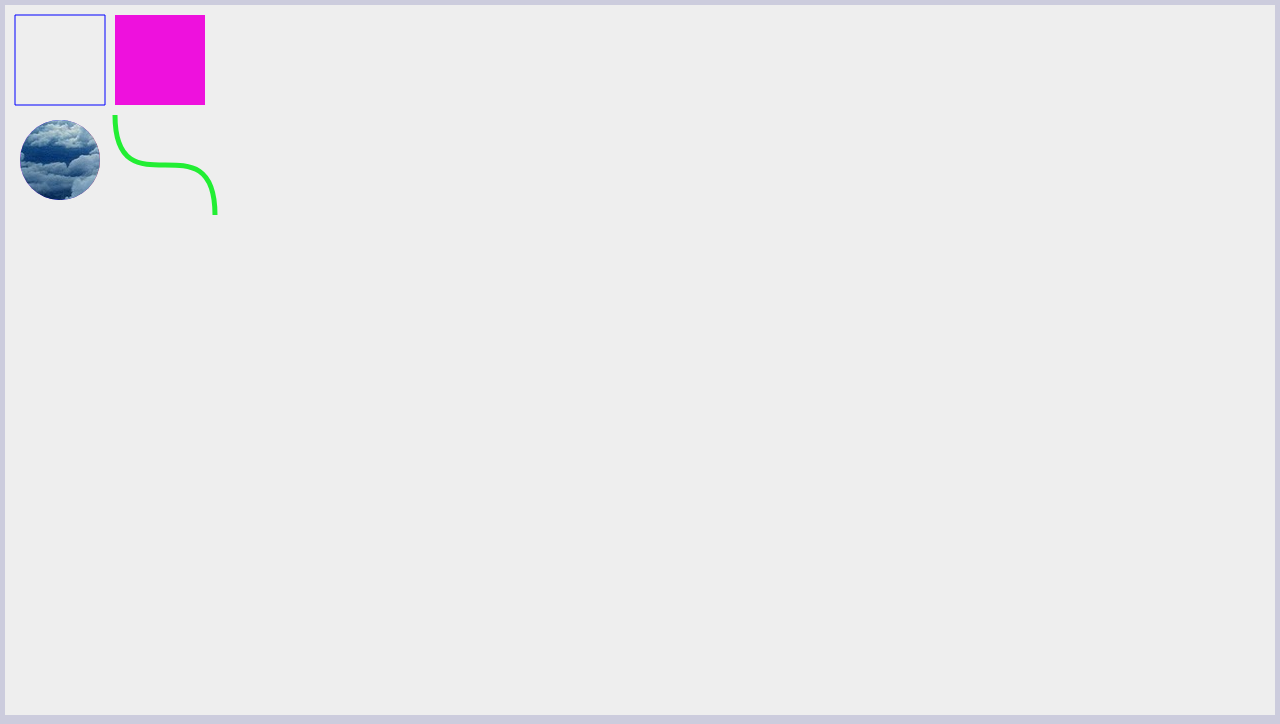
Repository: danielrcardenas/siggraph_examples
Page: workspace/GraphicsExample3/assets/www/index.html
An editor plug-in stored every save of this project. The page is shown before and after the next save, followed by the edit.
The browser window is 1280 px wide. The pictures show the whole page.

Above is the page before, as saved 2013-07-22 16:25:55.

### workspace/GraphicsExample3/assets/www/index.html
<!DOCTYPE html>
<html>
<head>
	<title>Canvas Example</title>

	<link rel="stylesheet" href="styles.css" />
	<meta name="viewport" content="width=device-width" />

	<script>
		function createCanvas ()
		{
			var canvasDiv = document.getElementById("canvasDiv");
			canvasDiv.innerHTML = "<canvas id=\'surface\' width=\'" + (window.innerWidth - 10) + "\' height=\'" + (window.innerHeight - 10) + "\' />";

			var canvas = document.getElementById('surface');
			var context = canvas.getContext('2d');

			// empty square
			context.strokeStyle = 'blue';
			context.beginPath();
			context.moveTo(10,10);
			context.lineTo(10,100);
			context.lineTo(100,100);
			context.lineTo(100,10);
			context.lineTo(10,10);
			context.stroke();

			// filled square
			context.fillStyle = '#ee11dd';
			context.beginPath();
			context.moveTo(110,10);
			context.lineTo(110,100);
			context.lineTo(200,100);
			context.lineTo(200,10);
			context.lineTo(110,10);
			context.fill();

			// filled circle with gradient
			var gradient=context.createLinearGradient(0,0,110,0);
			gradient.addColorStop("0","magenta");
			gradient.addColorStop("0.5","blue");
			gradient.addColorStop("1.0","red");

//			Uncomment the code below and comment out the gradient and fill code below it
//          You will see an image used as a pattern
			var img = new Image();
			var pattern;
			img.src = 'clouds.jpg';
			img.onload = function (e) {
				pattern = context.createPattern(img, 'repeat');
				context.fillStyle=pattern;
				context.beginPath();
				context.arc(55,155,40,0,2*Math.PI);
				context.fill();
			};

			context.fillStyle=gradient;
			context.beginPath();
			context.arc(55,155,40,0,2*Math.PI);
			context.fill();

			// stroked bezier
			context.strokeStyle = '#22ee33';
			context.lineWidth = 5;
			context.beginPath();
			context.moveTo(110,110);
			context.bezierCurveTo(110, 210, 210, 110, 210, 210);
			context.stroke();
		}
	</script>
</head>

<body onload="createCanvas();">
<div id="canvasDiv">
</div>

</body>
</html>

### workspace/GraphicsExample3/assets/www/styles.css

body
{
	margin: 0px;
	padding: 0px;
	background: #ccccdd;
}

#surface {
	margin: 5px;
	padding: 0px;
	background: #eeeeee;
}

After the next save:
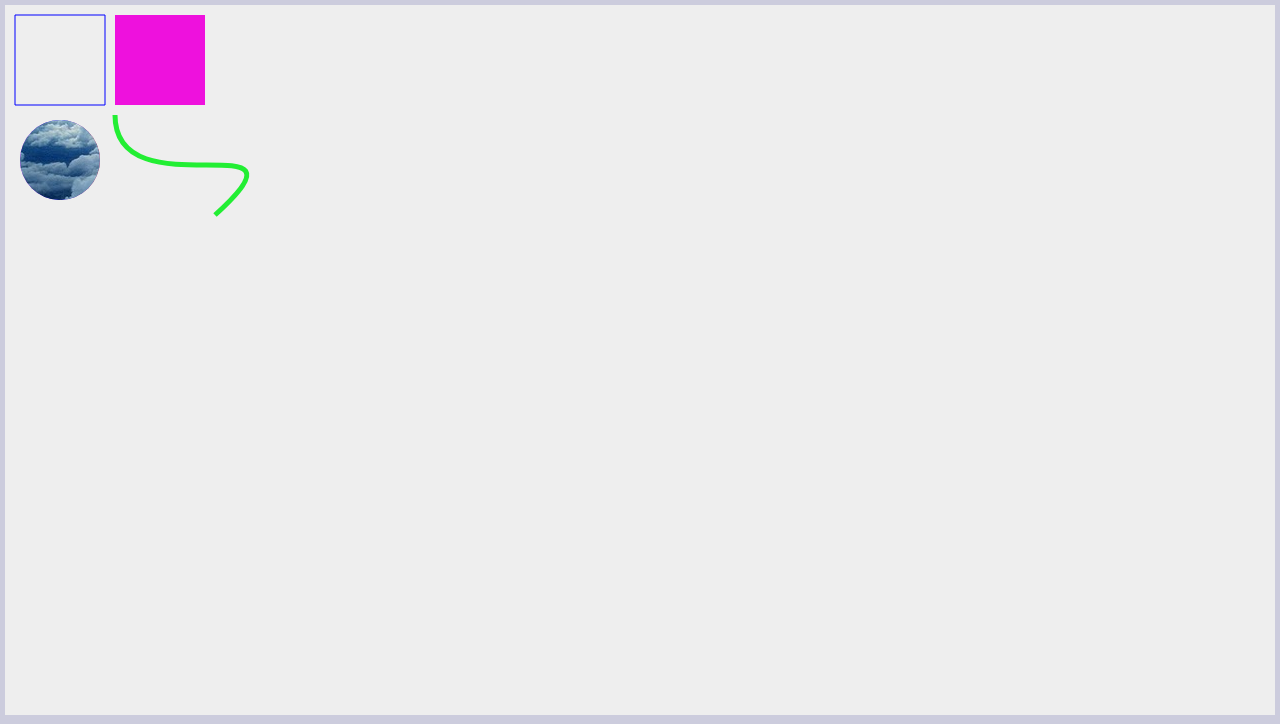
Saved 82 s later.
--- a/workspace/GraphicsExample3/assets/www/index.html
+++ b/workspace/GraphicsExample3/assets/www/index.html
@@ -64,7 +64,7 @@
 			context.lineWidth = 5;
 			context.beginPath();
 			context.moveTo(110,110);
-			context.bezierCurveTo(110, 210, 210, 110, 210, 210);
+			context.bezierCurveTo(110, 210, 320, 110, 210, 210);
 			context.stroke();
 		}
 	</script>
